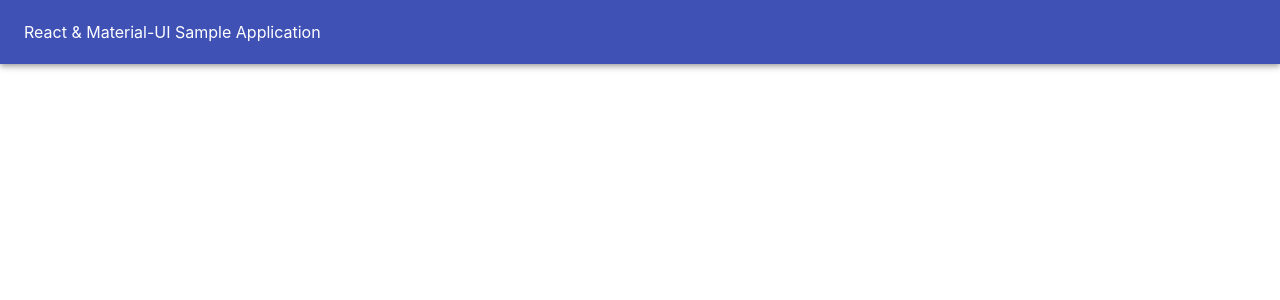
Repository: aubreypk/utilities-metering
Page: / (app in utilities-metering-app/)
The author's editor kept a copy of each file at every save. The page is drawn from the files as they stood at one save, then again after the next save.
The browser window is 1280 px wide. The pictures show the whole page.
The project was rebuilt for these pictures with package versions that can differ from the ones it lists, and the page was loaded fresh each time. Also part of the build but not shown: utilities-metering-app/src/App.css.

Above is the page before, as saved 2020-05-31 13:59:58.

After the next save:
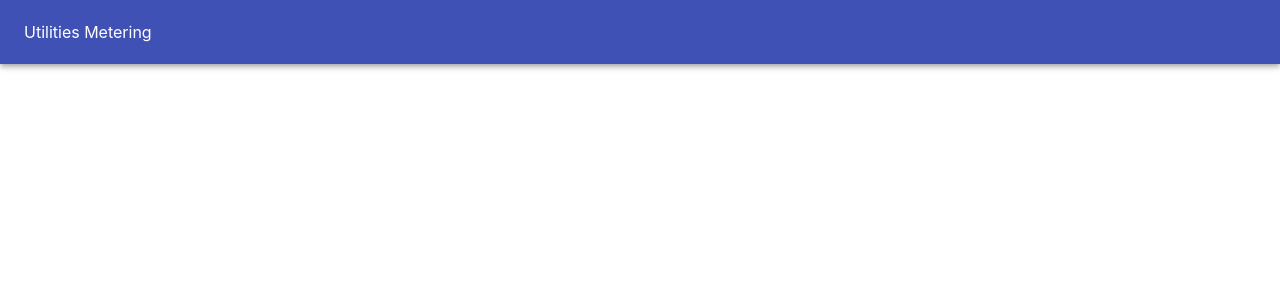
Saved 93 s later.
--- a/utilities-metering-app/src/components/NavBar.js
+++ b/utilities-metering-app/src/components/NavBar.js
@@ -9,7 +9,7 @@ const NavBar = () => {
         <AppBar position="static">
             <Toolbar>
                 <Typography variant="title" color="inherit">
-                React & Material-UI Sample Application
+                Utilities Metering
                 </Typography>
             </Toolbar>
         </AppBar>
